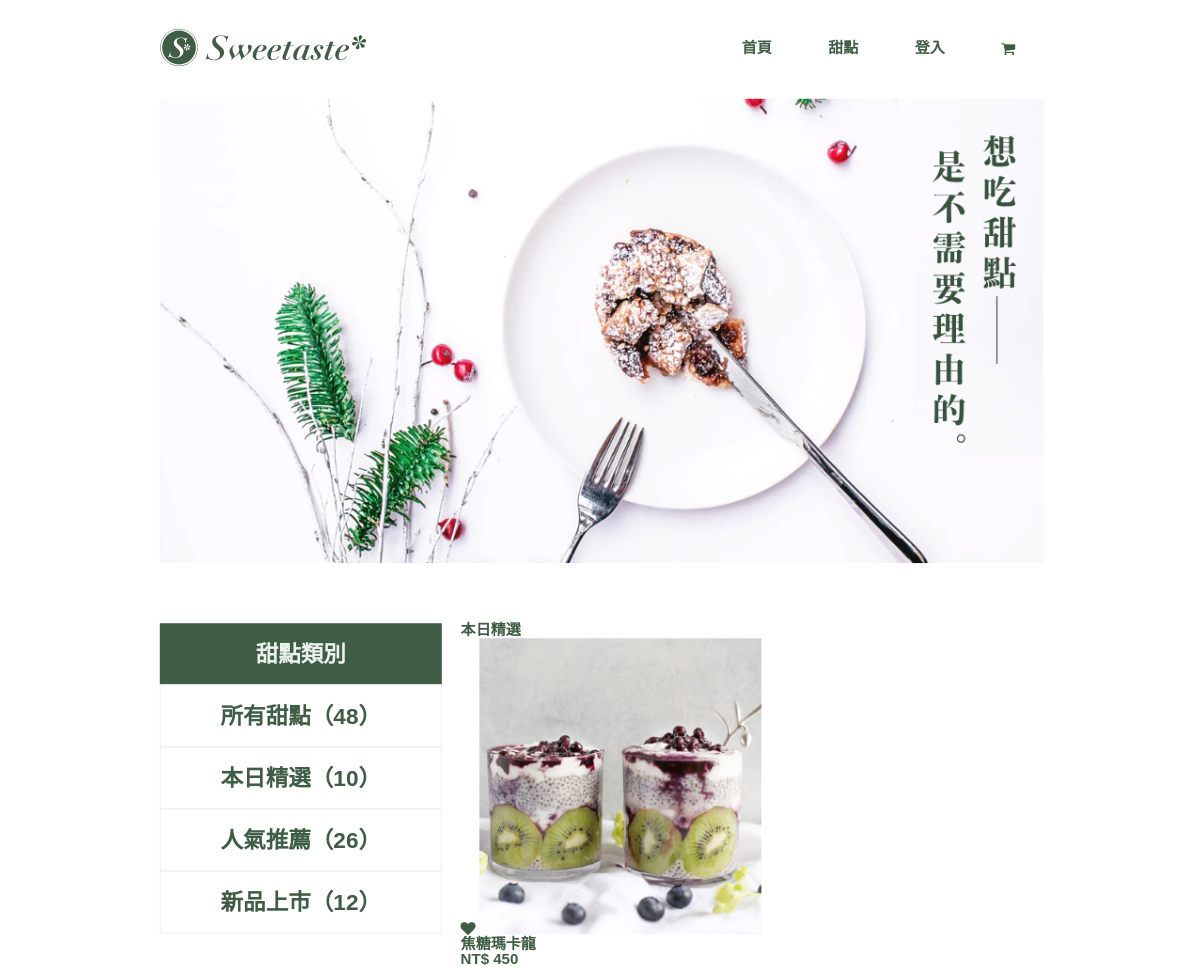
Repository: michelle61219/Sweets
Page: index.html
The author's editor kept a copy of each file at every save. The page is drawn from the files as they stood at one save, then again after the next save.
The browser window is 1280 px wide. The pictures show the whole page, at 94% of full size.

Above is the page before, as saved 2021-06-13 00:43:33.

After the next save:
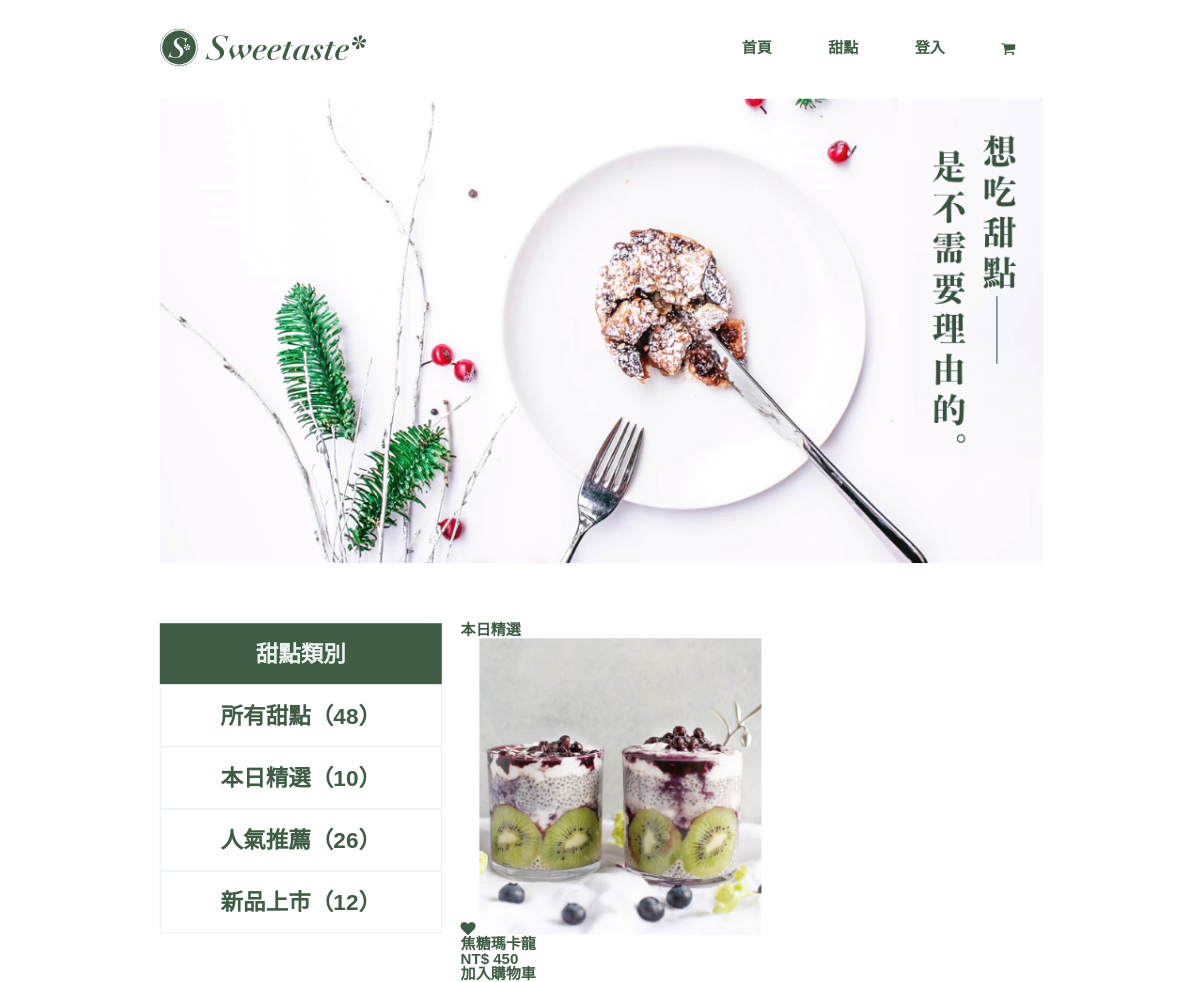
Saved 94 s later.
--- a/index.html
+++ b/index.html
@@ -60,6 +60,7 @@
 							<h2>焦糖瑪卡龍</h2>
 							<span>NT$ 450</span>
 						</div>
+						<a href="#" class="cart">加入購物車</a>
 					</li>
 				</ul>
 			</div>
